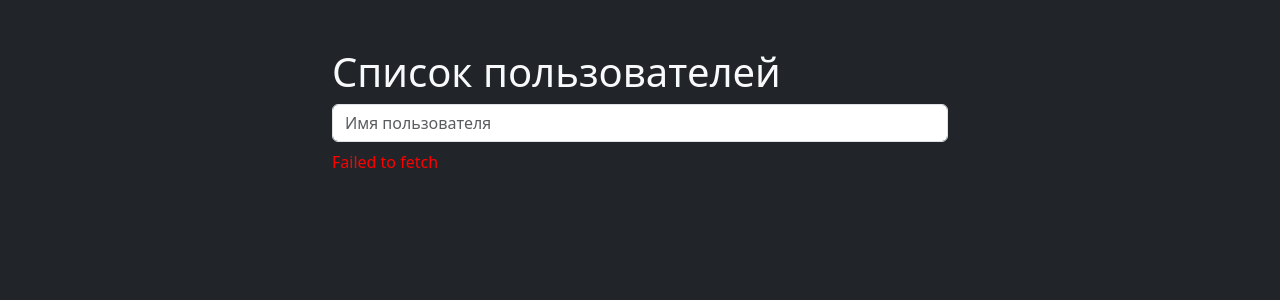
Repository: iveivs/toTry
Page: ResSchool/JsFreeItog/index.html
An editor plug-in stored every save of this project. The page is shown before and after the next save, followed by the edit.
The browser window is 1280 px wide. The pictures show the whole page.
The page's requests for data from a server got no answer.

Above is the page before, as saved 2024-05-06 15:34:44.
Console error (its wording comes from the project's code and is left out).

After the next save:
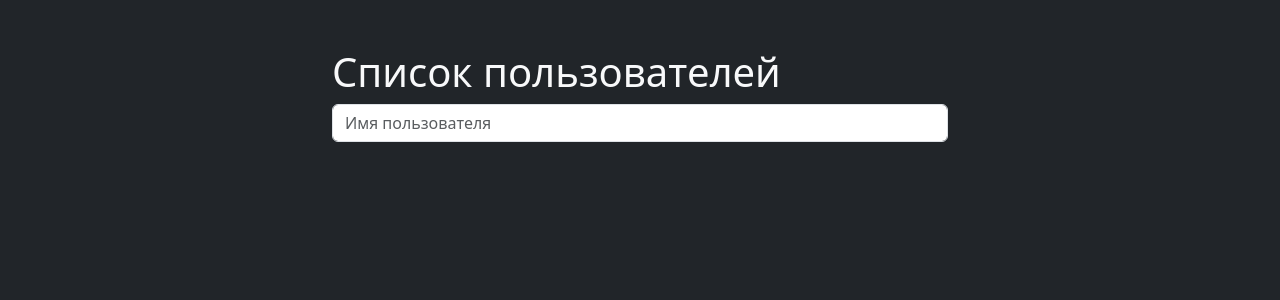
Console error: SyntaxError: Unexpected string
Saved 53 s later.
--- a/ResSchool/JsFreeItog/app.js
+++ b/ResSchool/JsFreeItog/app.js
@@ -47,7 +47,7 @@
 
 start()
 
-const listHidden = document.querySelector()
+const listHidden = document.querySelector()''
 
 
 

After the save that followed:
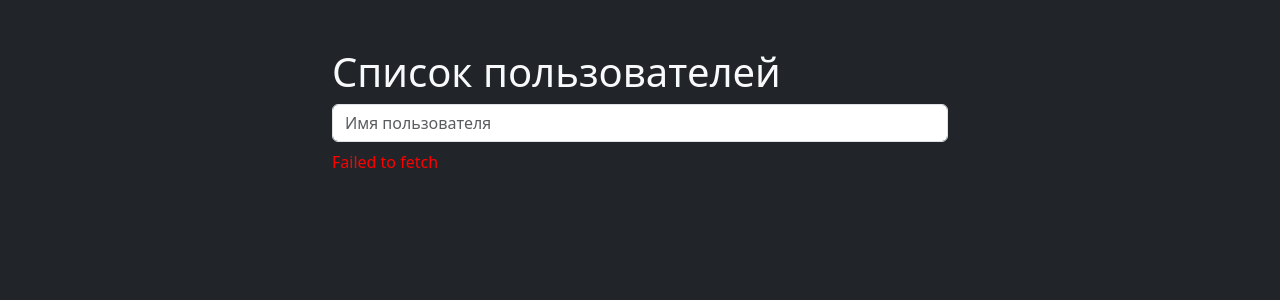
Console error (its wording comes from the project's code and is left out).
Saved 4 s later.
--- a/ResSchool/JsFreeItog/app.js
+++ b/ResSchool/JsFreeItog/app.js
@@ -47,7 +47,7 @@
 
 start()
 
-const listHidden = document.querySelector()''
+const listHidden = document.querySelector('.')
 
 
 
